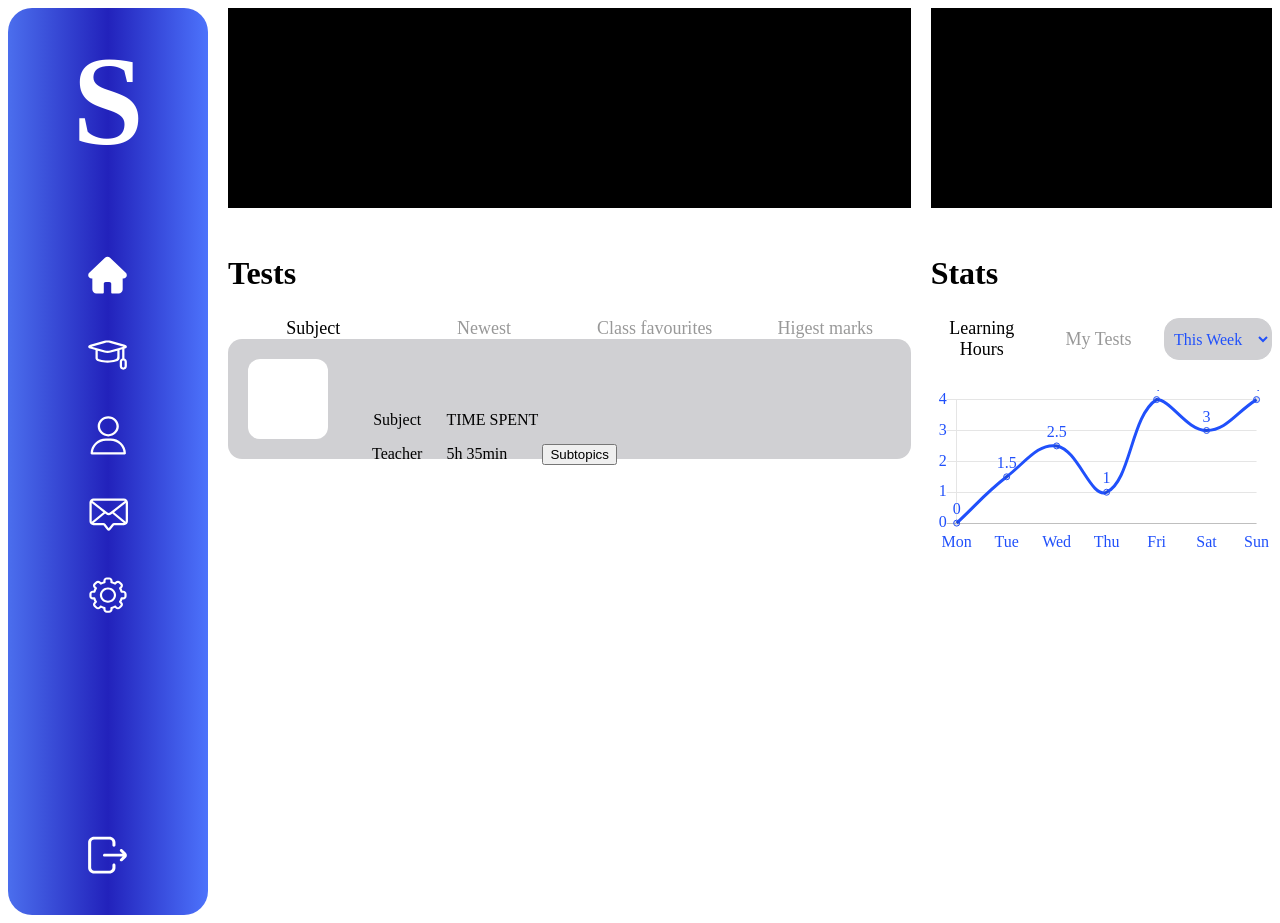
Repository: rafalzacher1/smartify-interface
Page: home.html
These files come from the project's save history. The page is drawn as it stood at one moment and after a run of saves; the edit follows.
The browser window is 1280 px wide. The pictures show the whole page.
Some web fonts or font styles are not loaded; a fallback is used. Some web libraries are served in a nearby version.

Above is the page before, as saved 2022-06-30 04:22:10.

After the next 2 saves:
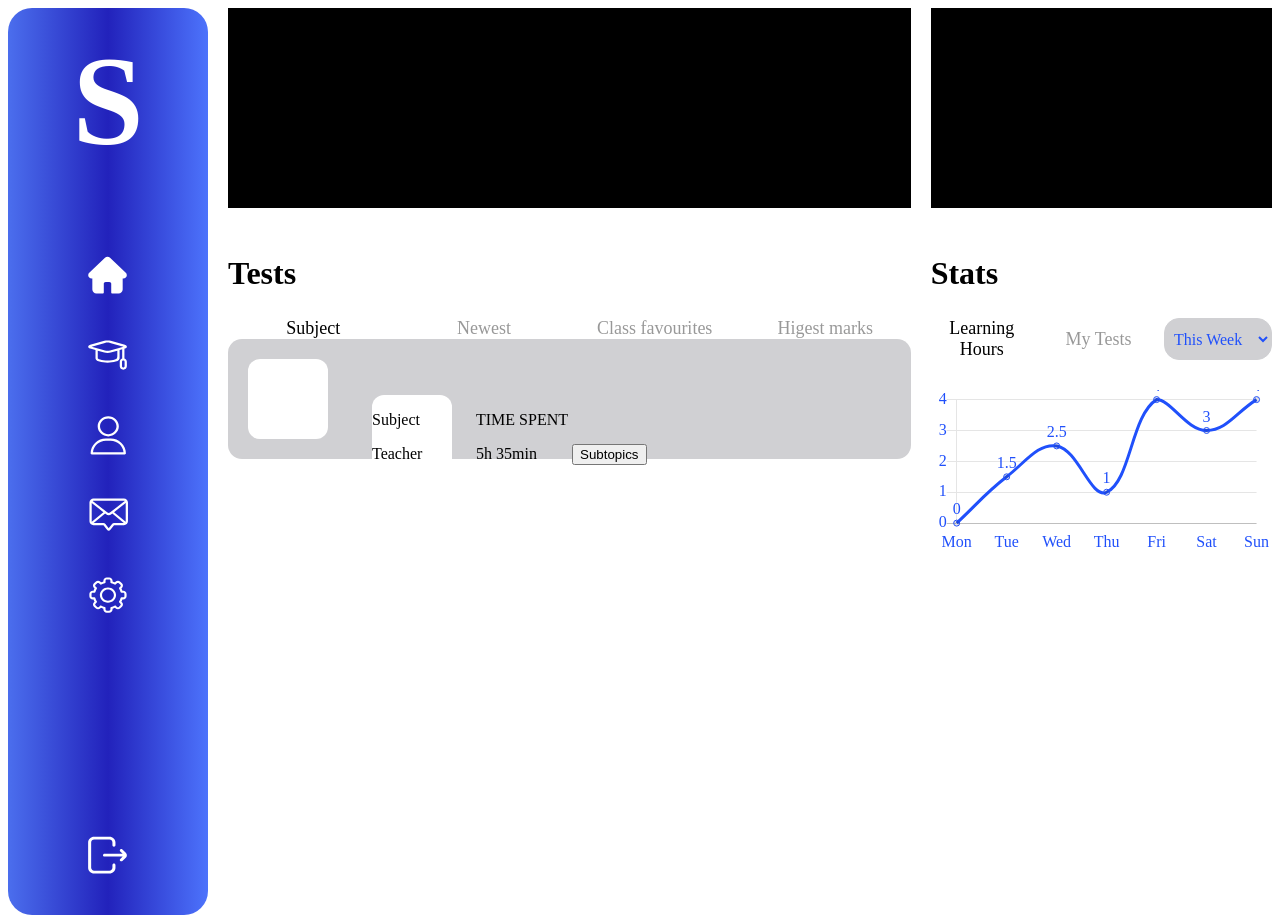
The 2 saves are shown as one change because they came seconds apart.
The last was saved 28 s later.
--- a/styles/tests.css
+++ b/styles/tests.css
@@ -48,9 +48,15 @@ input[type="reset"] {
 }
 
 .class-info {
+  /* display: inline-block;
+  text-align: center;
+  margin: 20px; */
   display: inline-block;
-  text-align: center;
+  background-color: #ffffff;
+  width: 80px;
+  height: 80px;
   margin: 20px;
+  border-radius: 12px;
 }
 
 .class-time-spent {
